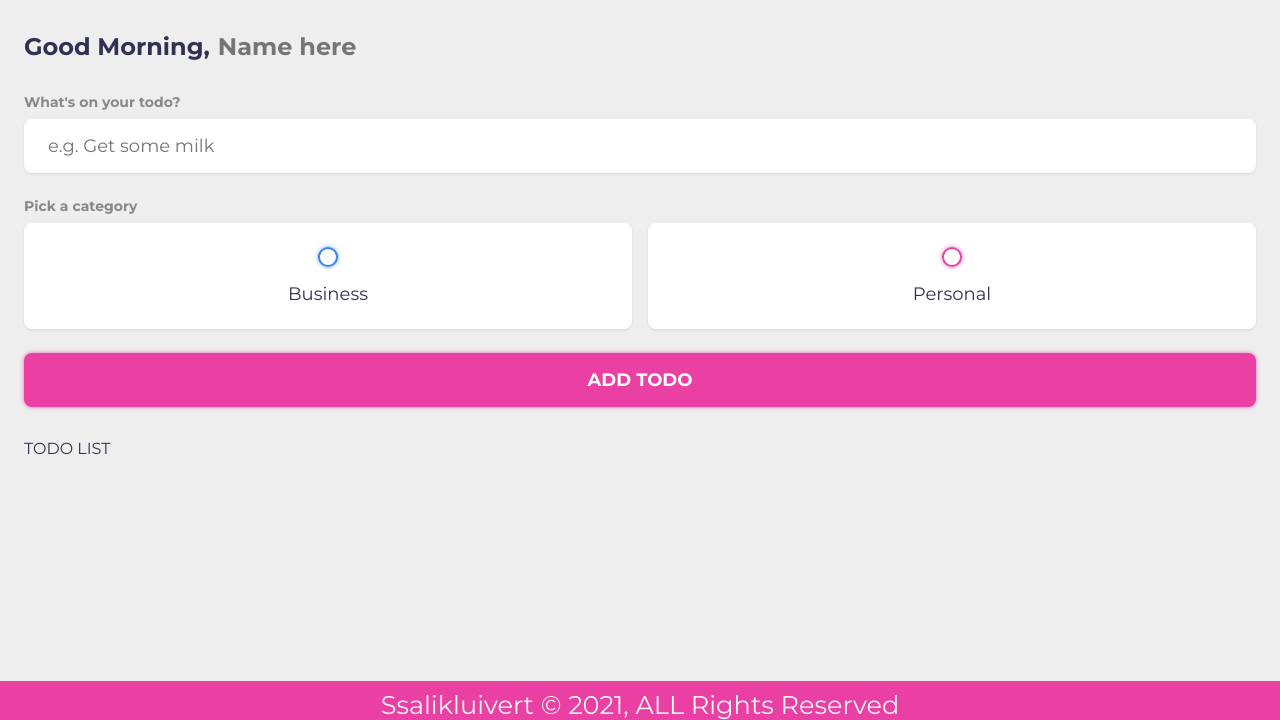
Repository: kluivert-ssali/kaDo_final
Page: index.html
The author's editor kept a copy of each file at every save. The page is drawn from the files as they stood at one save, then again after the next save.
The browser window is 1280 px wide. The pictures show the whole page.
Some web libraries are served in a nearby version.

Above is the page before, as saved 2023-06-11 21:24:58.

After the next save:
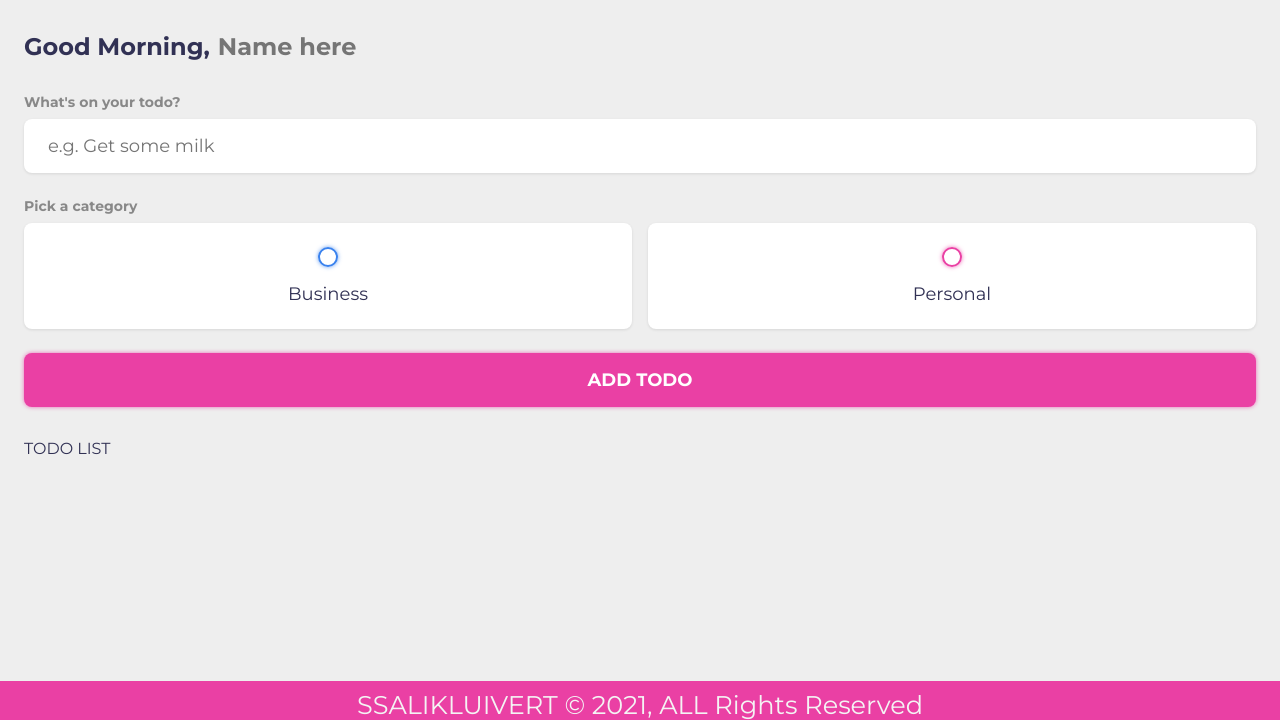
Saved 17 s later.
--- a/index.html
+++ b/index.html
@@ -88,7 +88,7 @@
     <!-- End of JS Import -->
     <footer class="footer">
       <p class="company-name">
-        <span>Ssalikluivert</span> &copy; 2021, ALL Rights Reserved
+        <span>SSALIKLUIVERT</span> &copy; 2021, ALL Rights Reserved
       </p>
     </footer>
   </body>
